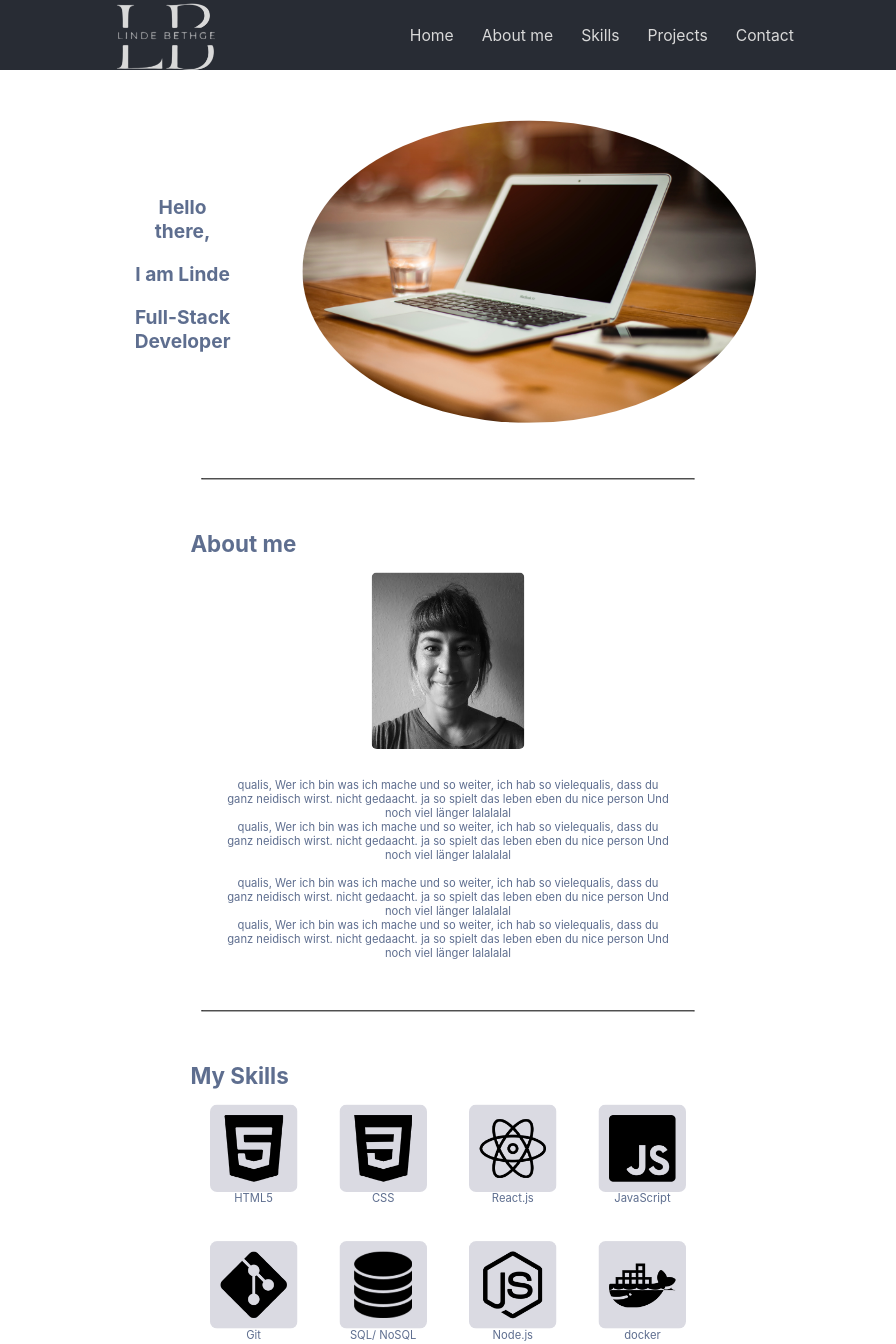
Repository: tiliax/linde-bethge
Page: /
The author's editor kept a copy of each file at every save. The page is drawn from the files as they stood at one save, then again after a run of saves.
The browser window is 1280 px wide. The pictures show the part of the page from y = 0 to 1920 px (the page is 3420 px tall), at 70% of full size.
The project was rebuilt for these pictures with package versions that can differ from the ones it lists, and the page was loaded fresh each time.

Above is the page before, as saved 2023-03-06 21:01:00.

### src/App.js
import './App.css';
import Header from './Components/Header';
import Main from './Components/Main'

function App() {
  return (
    <div className="App">
      <Header />
      <Main />
    </div>
  );
}

export default App;

### src/App.css
.App {
  text-align: center;
}

/* //HEADER// */
.header {
  background-color: #282c34;
  font-size: calc(8px + 2vmin);
  padding:1.1% ;
  position:sticky;

}

/* navbar */
.logoimg {
  height: 30vh;
  margin-top: 5%;
}

.navbar {
  display:flex;
  /* position:relative; */
  justify-content: space-around;
  align-items: center;
  height: 10vh;
}

nav li {
  display: inline-block;
}

.navlinks a {
  margin: 20px;
  color: #d9d9d9;
  text-decoration: none;
}

.navlinks a:hover {
  /* font-size: calc(12px + 2vmin); */
  color: #5e6e8f;
}

/* //MAIN// */
.main {
  /* background-color: #64789f; */
  color: #5e6e8f;
}

hr {
  border-color: black;
  margin-left: 40vh;
  margin-right: 40vh;
  margin-bottom: 5vh;
  margin-top: 10vh;
}

h1 {
  display: flex;
  margin-top: 10vh;
  margin-left: 20vh;
}

/* //HOME// */
.home {
  display: flex;
  justify-content: center;
  padding-top: 5vh;
  align-items: center;
  margin-left: 10vw;
  margin-right: 10vw;
}

.home li {
  list-style: none;
  font-size: calc(13px + 2vmin);
  margin-top: 5vh;
}

.profiltext p {
  /* font-style: italic; */
  font-weight: bold;
  margin-right: 8vw;
  margin-left: 5vw;
}

.profil {
  height: 60vh;
  width: auto;
  margin-top: 3,5vh;
  margin-bottom: 3,5vh;
  margin-right: 10vh;
  border-radius: 50%;
}

/* //ABOUT ME// */
.aboutme {
  margin-left: 10vw;
  margin-right: 10vw;
  /* margin-top: 10vh; */
}
.aboutme img {
  height: 35vh;
  border-radius: 7px;
  margin-bottom: 3vh;
}

.aboutme p {
  width: 50vw;
  margin-left: auto;
  margin-right: auto;
}

/* //SKILLS// */
.skills {
  margin-left: 10vw;
  margin-right: 10vw;
}

.skillimages1 {
  display: flex;
  justify-content: center;
  margin-bottom: 5vh;
}

.skillimages2 {
  display: flex;
  justify-content: center;
}
.item {
  background-color: rgb(218, 218, 226);
  width: 9vw;
  height: auto;
  margin-left: 30px;
  margin-right: 30px;
  margin-bottom: -3vh;
  padding: 5px;
  border-radius: 10px;
}

/* //PROJECTS// */
.myprojects {
  margin-left: 10vw;
  margin-right: 10vw;
}

/* Freebox */
.freebox {
  display: flex;
  justify-content: space-around;
  margin-left: 12.5vw;
  margin-right: 8vw;
  margin-bottom: 10vh;
  font-size: 2.5vh;
  align-items: center;
}

.freeboximage {
  height: auto;
  width: 50vh;
  margin-right: 3vw;
  border-radius: 5px;
}

.freeboxinfo {
  margin-top: -3vh;
  margin-right: 7vw;
  text-align: left;
}

.freeboxinfo button {
  margin-right: 10px;
  padding: 3% 4%;
  border-radius: 10px;
  border: none;
  background-color: #282c34;
  color: #d9d9d9;
}

.freeboxinfo button:hover {
  background-color: #1a1a40;
}

/* Pokefight */
.pokefight {
  display: flex;
  justify-content: space-around;
  margin-left: 12.5vw;
  margin-right: 8vw;
  font-size: 2.5vh;
  align-items: center;
}

.pokefightimage {
  height: auto;
  width: 50vh;
  margin-right: 3vw;
  border-radius: 5px;
}

.pokefightinfo {
  margin-top: -3vh;
  margin-right: 7vw;
  text-align: left;

}

.pokefightinfo button {
  margin-right: 10px;
  padding: 3% 4%;
  border-radius: 10px;
  border: none;
  background-color: #282c34;
  color: #d9d9d9;
}

.pokefightinfo button:hover {
  background-color: #1f1f23;
}

/* //CONTACT// */
.contact {
  margin-left: 10vw;
  margin-right: 10vw;
}

.contactinfo {
  width: 50vw;
  margin-left: auto;
  margin-right: auto;
  text-align: left;
}

/* Linkedin */
.linkedin {
  height: auto;
  width: 7vh;
  margin-right: 1.5vw;
}

/* Mail  */
.mail {
  height: auto;
  width: 7vh;
  margin-right: 1.5vw;
  border-radius: 5px;
}

/* Github */
.github {
  height: auto;
  width: 7vh;
  margin-right: 1.5vw;
}

/* //Footer// */
.footer {
  padding-bottom: 2vh;
}

.footer a {
  margin: 1vw;
  color: black;
}

.footer a:hover {
  color: #282c34;
}

### src/Components/Header.js
import Logo from './images/LB_Logo.png'

const Header = () => {
    return (

        // NAVBAR
        <div className="header">
            <nav className="navbar">
                {/* LOGO */}
                <div className="logo">
                    <a href="#home">
                        <img className="logoimg" src={Logo} alt="logo" />
                    </a>
                </div>
                {/* NAVLINKS */}
                <div className="navlinks">
                    <li><a href="#home">Home</a></li>
                    <li><a href="#aboutme">About me</a></li>
                    <li><a href="#skills">Skills</a></li>
                    <li><a href="#projects">Projects</a></li>
                    <li><a href="#contact">Contact</a></li>
                </div>
            </nav>
        </div>
    );
}

export default Header;

### src/Components/Main.js
import Profil from './images/computerarbeit.jpg'
import myProfil from './images/myProfilSW.jpg'
import HTML from './images/html.png'
import CSS from './images/css.png'
import REACT from './images/react.png'
import JS from './images/js.png'
import GIT from './images/git.png'
import SQLNoSQL from './images/database.png'
import NODEJS from './images/nodejs.png'
import DOCKER from './images/docker.png'
import FREEBOX from './images/freebox.png'
import POKEFIGHT from './images/pokefight.png'
import LINKEDIN from './images/linkedin.png'
import GITHUB from './images/github.png'
import MAIL from './images/mail.png'


const Main = () => {
    return (

        //MAIN//
        <div className="main">

            {/* //HOME// */}
            <div id='home' className="home">
                <li className='profiltext'>
                    <p> Hello there,</p>
                    <p>I am Linde</p>
                    <p>Full-Stack Developer</p>
                </li>
                <li><img className="profil" src={Profil} alt="profil" /></li>
            </div>
            <hr />

            {/* //ABOUT ME// */}
            <div id='aboutme' className="aboutme">
                <h1>About me</h1>
                <img src={myProfil} alt="myProfil" />
                <p> qualis, Wer ich bin was ich mache und so weiter, ich hab so vielequalis, dass du ganz neidisch wirst. nicht gedaacht. ja so spielt das leben eben du nice person Und noch viel länger lalalalal <br /> qualis, Wer ich bin was ich mache und so weiter, ich hab so vielequalis, dass du ganz neidisch wirst. nicht gedaacht. ja so spielt das leben eben du nice person Und noch viel länger lalalalal <br /> <br /> qualis, Wer ich bin was ich mache und so weiter, ich hab so vielequalis, dass du ganz neidisch wirst. nicht gedaacht. ja so spielt das leben eben du nice person Und noch viel länger lalalalal <br /> qualis, Wer ich bin was ich mache und so weiter, ich hab so vielequalis, dass du ganz neidisch wirst. nicht gedaacht. ja so spielt das leben eben du nice person Und noch viel länger lalalalal</p>
            </div>
            <hr />

            {/* //SKILLS// */}
            <div id='skills' className="skills">
                <h1>My Skills</h1>
                <div className="skillimages1">
                    <div className="skilldiv">
                        <img className="item" src={HTML} alt="html" />
                        <p>HTML5</p>
                    </div>
                    <div className="skilldiv">
                        <img className="item" src={CSS} alt="css" />
                        <p>CSS</p>
                    </div>
                    <div className="skilldiv">
                        <img className="item" src={REACT} alt="react" />
                        <p>React.js</p>
                    </div>
                    <div className="skilldiv">
                        <img className="item" src={JS} alt="js" />
                        <p>JavaScript</p>
                    </div>
                </div>
                < div className="skillimages2">
                    <div className="skilldiv">
                        <img className="item" src={GIT} alt="git" />
                        <p>Git</p>
                    </div>
                    <div className="skilldiv">
                        <img className="item" src={SQLNoSQL} alt="sql noSql" />
                        <p>SQL/ NoSQL</p>
                    </div>
                    <div className="skilldiv">
                        <img className="item" src={NODEJS} alt="nodejs" />
                        <p>Node.js</p>
                    </div>
                    <div className="skilldiv">
                        <img className="item" src={DOCKER} alt="docker" />
                        <p>docker</p>
                    </div>
                </div>
            </div>
            <hr />

            {/* //PROJECTS// */}
            <div id='projects' className="myprojects">
                <h1>My Projects</h1>

                {/* Freebox */}
                <div className='freebox'>
                    <div>
                        <a href="#"><img className="freeboximage" src={FREEBOX} alt="freebox" /></a>
                    </div>
                    <div className="freeboxinfo">
                        <p><b>Freebox</b> is an app for bla Freebox is an app for bla Freebox is an app for bla Freebox is an app for bla Freebox is an app for bla Freebox is an app for bla Freebox is an app for bla Freebox is an app for bla Freebox is an app for bla Freebox is an app for bla.
                        </p>
                        <p><b>Technologies used: </b>HTML, CSS, React.js, NodeJS</p>
                        <p><b>Links to my Repositories:</b></p>
                        <a href="https://github.com/tiliax/MyFreebox_FE" target="_blank"><button>Frontend</button></a>
                        <a href="https://github.com/tiliax/MyFreebox_BE" target="_blank"><button>Backend</button></a>
                    </div>
                </div>
                {/* Pokefight */}
                <div className='pokefight'>
                    <div>
                        <a href="#"><img className="pokefightimage" src={POKEFIGHT} alt="pokefight" /></a>
                    </div>
                    <div className="pokefightinfo">
                        <p>The <b>Pokemon</b> App shows all Pokemons and their details. You can pick one and let it fight. Afterwards you can see the game results.
                        </p>
                        <p><b>Technologies used: </b>HTML, CSS, Material-UI, ReactJS, NodeJS, ExpressJS, NoSQL</p>
                        <p><b>Links to my Repositories:</b></p>
                        <a href="https://github.com/tiliax/FE--PokeFight" target="_blank"><button>Frontend</button></a>
                        <a href="https://github.com/honigbienlein/PokeFight" target="_blank"><button>Backend</button></a>
                    </div>
                </div>
            </div>
            <hr />

            <div id='contact' className="contact">
                <h1>Contact me</h1>
                <div className='contactinfo'>
                    <p>Drop a message to say "hello", connect on social media, or see if we can collaborate on something amazing? I am happy to get in touch!</p>
                    <br />
                    <div>
                        <a href="https://www.linkedin.com/in/linde-bethge/" target="_blank"><img className='linkedin' src={LINKEDIN} alt="linkedin" /></a>
                        <a href="#"><img className='mail' src={MAIL} alt="" /></a>
                        <a href="https://github.com/tiliax" target="_blank"><img className='github' src={GITHUB} alt="" /></a>
                    </div>
                </div>
            </div>
            <hr />
            <div className="footer">
                <a href="#">Impressum</a>
                <a href="#">Datenschutz</a>
            </div>

        </div>
    );
}

export default Main;

Loaded but not shown: public/index.html (common file); src/index.js (common file); src/index.css (common file)

After the next 3 saves:
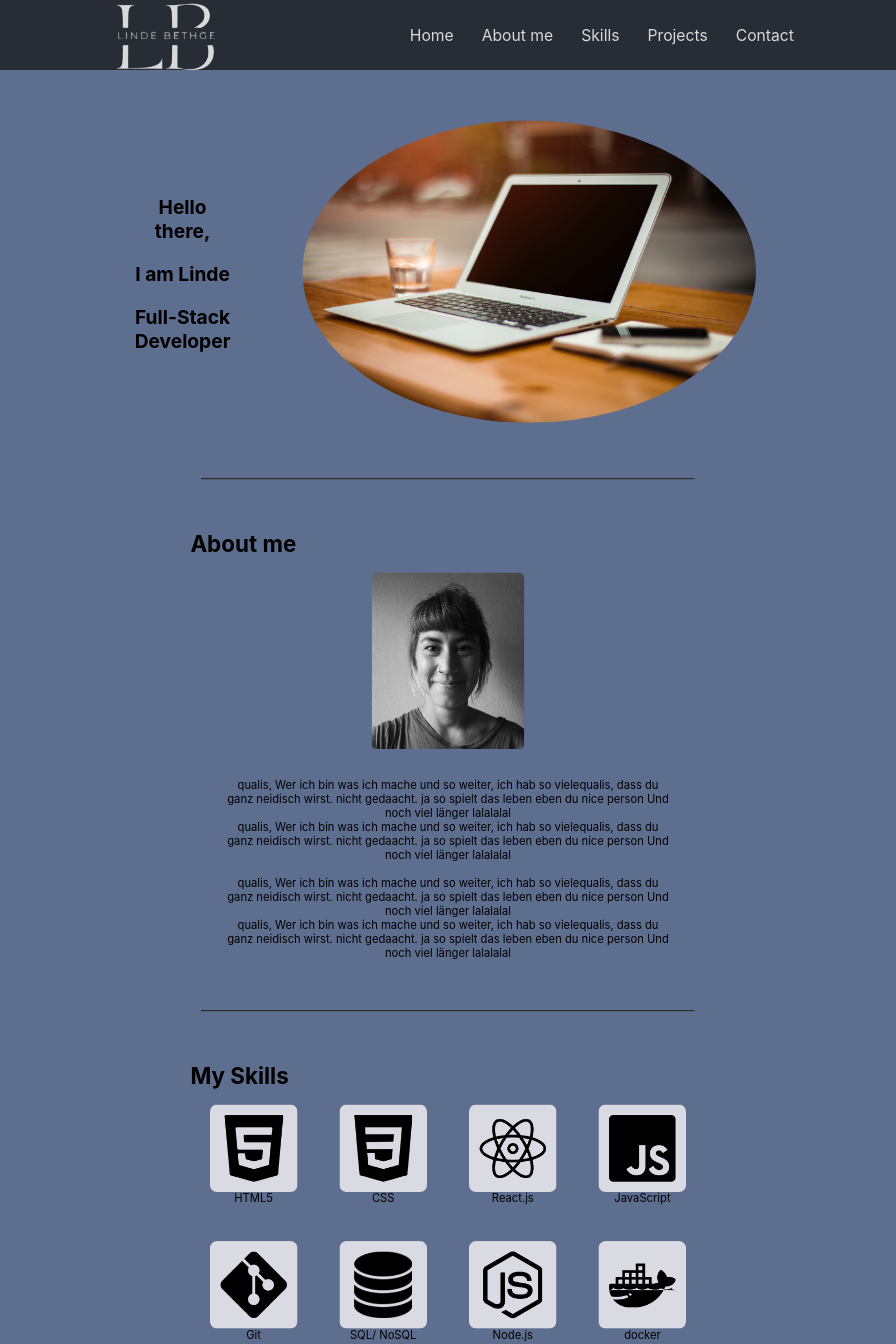
The 3 saves are shown as one change because they came seconds apart.
The last was saved 10 s later.
--- a/src/App.css
+++ b/src/App.css
@@ -43,7 +43,7 @@
 /* //MAIN// */
 .main {
   /* background-color: #64789f; */
-  color: #5e6e8f;
+  background-color: #5e6e8f;
 }
 
 hr {
